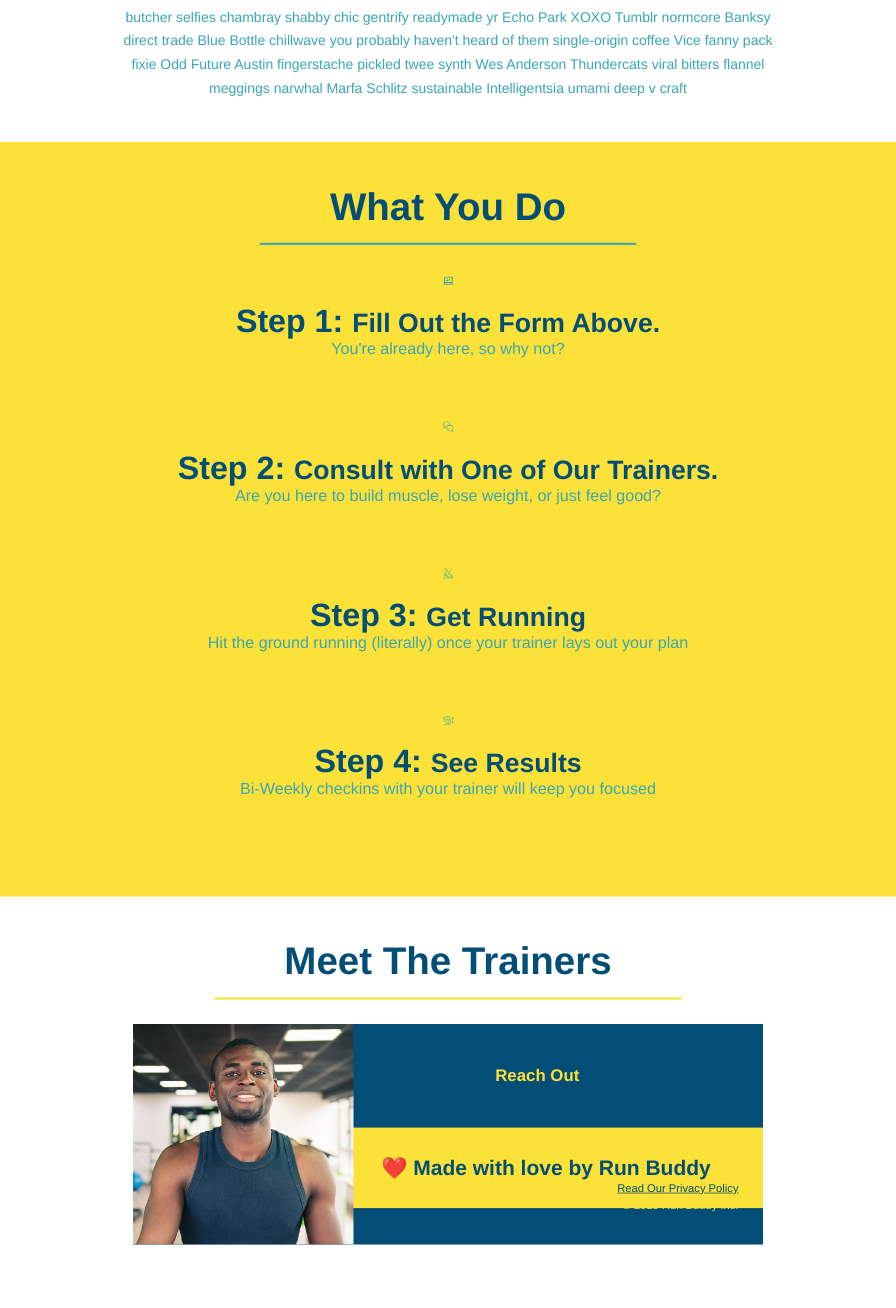
Repository: symlara/run-buddy
Page: index.html
An editor plug-in stored every save of this project. The page is shown before and after the next save, followed by the edit.
The browser window is 1280 px wide. The pictures show the part of the page from y = 977 to 2897 px (the page is 2845 px tall before and 2897 px after), at 70% of full size.

Above is the page before, as saved 2020-12-10 14:32:29.

After the next save:
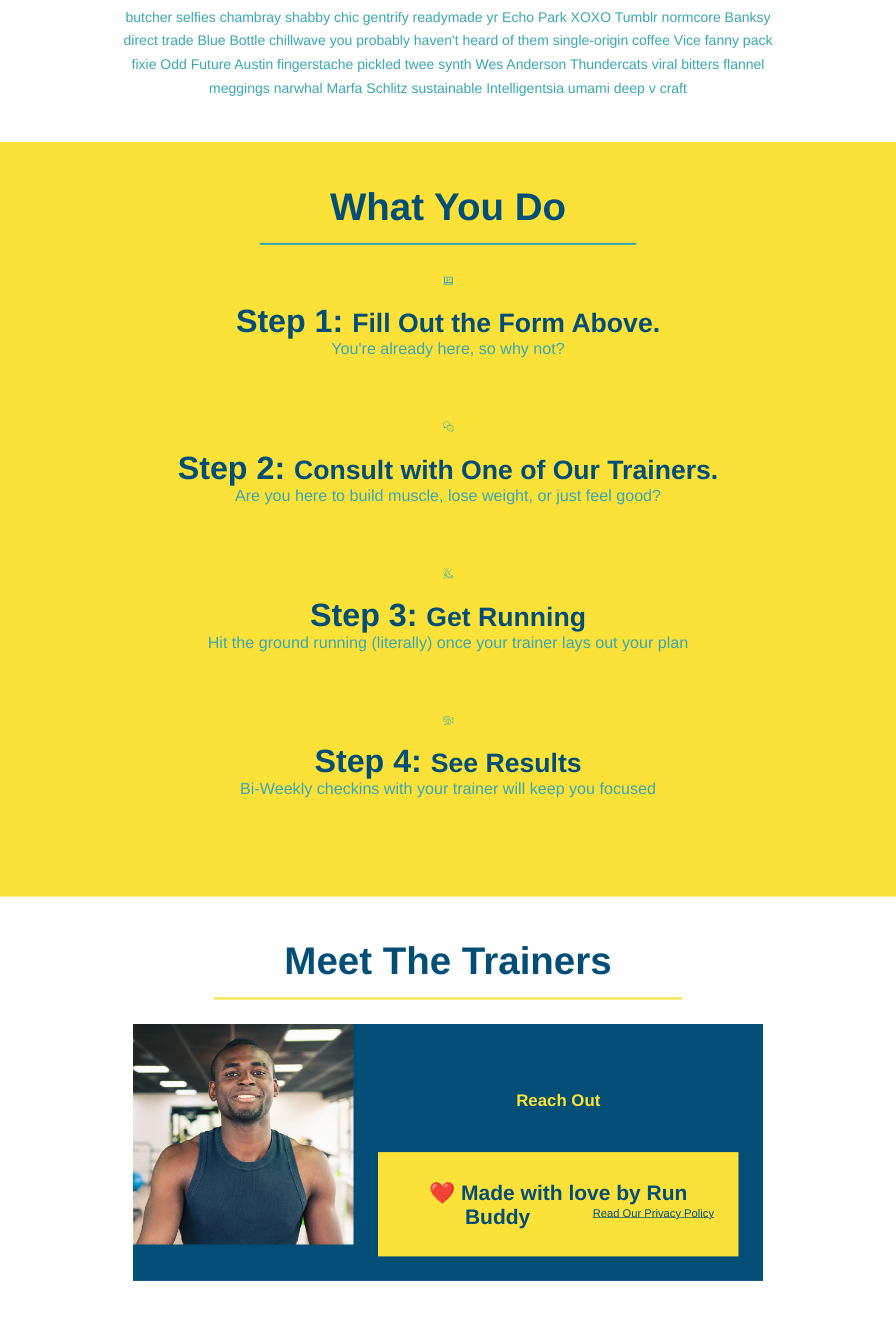
Saved 4 s later.
--- a/index.html
+++ b/index.html
@@ -115,7 +115,7 @@
             </h2>
             <article class="trainer">
                 <img src="./assets/images/trainer-1.jpg" alt="Arron Stephens in his workout clothes, ready to pump iron" />
-                <div class="trainer-bio>
+                <div class="trainer-bio text-left>
                     <h3>Arron Stephens</h3>
                     <h4>Speed / Strength</h4>
                     <p>
